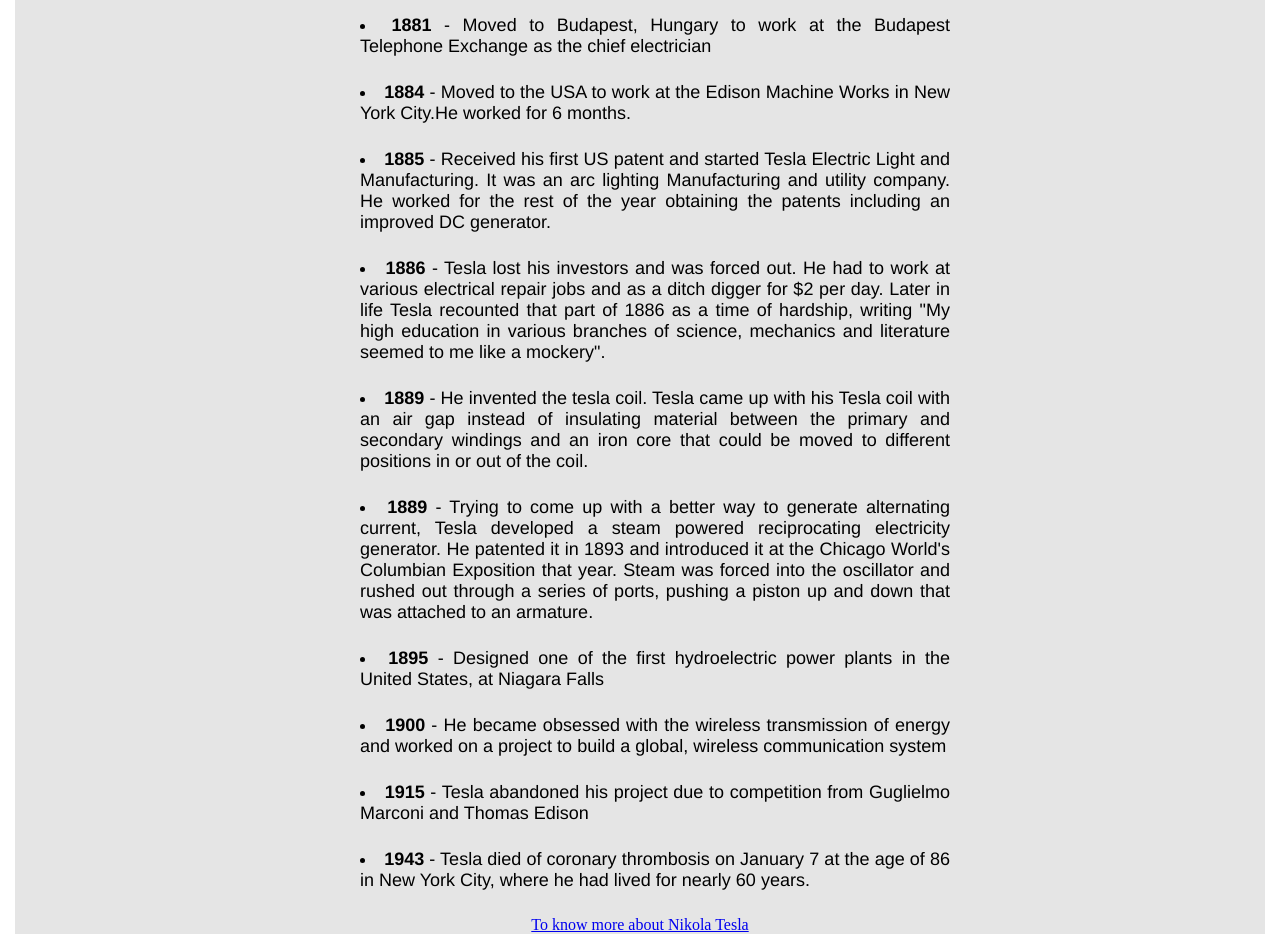
Repository: Avishka217/Tribute-Page
Page: index.html
An editor plug-in stored every save of this project. The page is shown before and after the next save, followed by the edit.
The browser window is 1280 px wide. The pictures show the part of the page from y = 778 to 1730 px (the page is 1712 px tall before and 1730 px after).
A picture or video elsewhere on the page could not be fetched, so the positions and the page height are approximate.

Above is the page before, as saved 2020-03-18 20:03:08.

### index.html
<!DOCTYPE html>
<html>

<head>
    <link rel="stylesheet" href="styles.css">
    <link href="https://fonts.googleapis.com/css?family=Libre+Baskerville&display=swap" rel="stylesheet">
    <title>Nikola Tesla | Tribute Page</title>
</head>

<body>
    <div id="header">
        <script src="https://cdn.freecodecamp.org/testable-projects-fcc/v1/bundle.js"></script>
    </div>
    <main id="main">
        <div id="title-content">
            <h1 id="title">NIKOLA TESLA</h1>
            <p>The Man who invented the Twentieth Century</p>
        </div>
        <div id="main-content">
            <figure id="img-div">
                <center><img id="image" src="https://www.hands-free.co.uk/wp-content/uploads/2018/06/nikola-tesla.jpg">
                </center>
                <figcaption id="img-caption">Nikola Tesla. Portrait of the inventor and engineer by Napoleon Sarony
                    c.1890.</figcaption>
            </figure>

        </div>
        <div id="tribute-info">
            <h2>Here's a time line of Nikola Tesla's life:</h2>

            <ul id="lists">
                <li><b>1856</b> - Nikola Tesla was born on the 10th of July in the former Austrian Empire(present
                    Croatia)</li>
                <li><b>1881</b> - Moved to Budapest, Hungary to work at the Budapest Telephone Exchange as the chief
                    electrician</li>
                <li><b>1884</b> - Moved to the USA to work at the Edison Machine Works in New York City.He worked for 6
                    months.
                </li>
                <li><b>1885</b> - Received his first US patent and started Tesla Electric Light and Manufacturing. It
                    was an arc lighting Manufacturing
                    and utility company. He worked for the rest of the year obtaining the patents including an improved
                    DC generator.</li>
                <li><b>1886</b> - Tesla lost his investors and was forced out. He had to work at various electrical
                    repair jobs and as a ditch digger for $2 per day. Later in life Tesla recounted that part of 1886 as
                    a time of hardship, writing "My high education in various branches of science, mechanics and
                    literature seemed to me like a mockery".</li>
                <li><b>1889</b> - He invented the tesla coil. Tesla came up with his Tesla coil with an air gap instead
                    of insulating material between the primary and secondary windings and an iron core that could be
                    moved to different positions in or out of the coil.</li>
                <li><b>1889</b> - Trying to come up with a better way to generate alternating current, Tesla developed a
                    steam
                    powered reciprocating electricity generator. He patented it in 1893 and introduced it at the Chicago
                    World's
                    Columbian Exposition that year. Steam was forced into the oscillator and rushed out through a series
                    of ports,
                    pushing a piston up and down that was attached to an armature.</li>
                <li><b>1895</b> - Designed one of the first hydroelectric power plants in the United States, at Niagara
                    Falls</li>
                <li><b>1900</b> - He became obsessed with the wireless transmission of energy and worked on a project to
                    build a global, wireless communication system</li>
                <li><b>1915</b> - Tesla abandoned his project due to competition from Guglielmo Marconi and Thomas
                    Edison</li>
                <li><b>1943</b> - Tesla died of coronary thrombosis on January 7 at the age of 86 in New York City,
                    where he had lived for nearly 60 years. </li>
            </ul>
            <a id="tribute-link" target="_blank" href="https://en.wikipedia.org/wiki/Nikola_Tesla">To know more about
                Nikola Tesla</a>
        </div>
    </main>

</body>

</html>

### styles.css
body{
  overflow-x: hidden;
  margin: 0 auto;
  width: 100%;
}
#header{
width: 100%;
  background-color:hsl(240, 80%, 8%);
  height: 60px;


}

#main{
  display: block;

  position: absolute;
  right: 0;
  left: 0;
  margin: 0px 15px;
  padding-top: 10px;
  background-color: rgb(0, 0, 0, 0.1);
  text-align: center;

}

#title-content{
  padding-top:  25px;
  text-align: center;
}
#title-content p{
  font-family: Helvetica, sans-serif
}
#main-content{
  padding-top: 30px;
  margin: 25px;
  background-color:white;
}

#title{
  position: relative;
  font-family:'Libre Baskerville', serif;
  font-size: 30px;
  text-align: center;
  margin-top: 15px;;

}


#image{
  display: block;
  max-width: 100%;
  height: auto;
  margin-bottom: 25px;

}
@media(min-width: 525px){
  #image{
    width:400px;
  }
}

#img-caption{
  text-align: center;
  font-style: italic;
}



#tribute-info{

  display: block;
  width: 100%;
  position: relative;
  text-align: center;
  list-style-position: inside;



}
#tribute-info h2{
  padding-top: 30px;
}
#tribute-info ul{

  font-family: Helvetica;
  font-size: 18px;
  display: block;
  padding-top: 25px;
  padding-right: 10px;;
  width:590px;
  margin: auto;
  text-align: justify;

}
@media(max-width: 800px){
  #tribute-info  ul{
    width:auto;
  }
}
#tribute-info  li{


  margin-bottom: 25px;
}

After the next save:
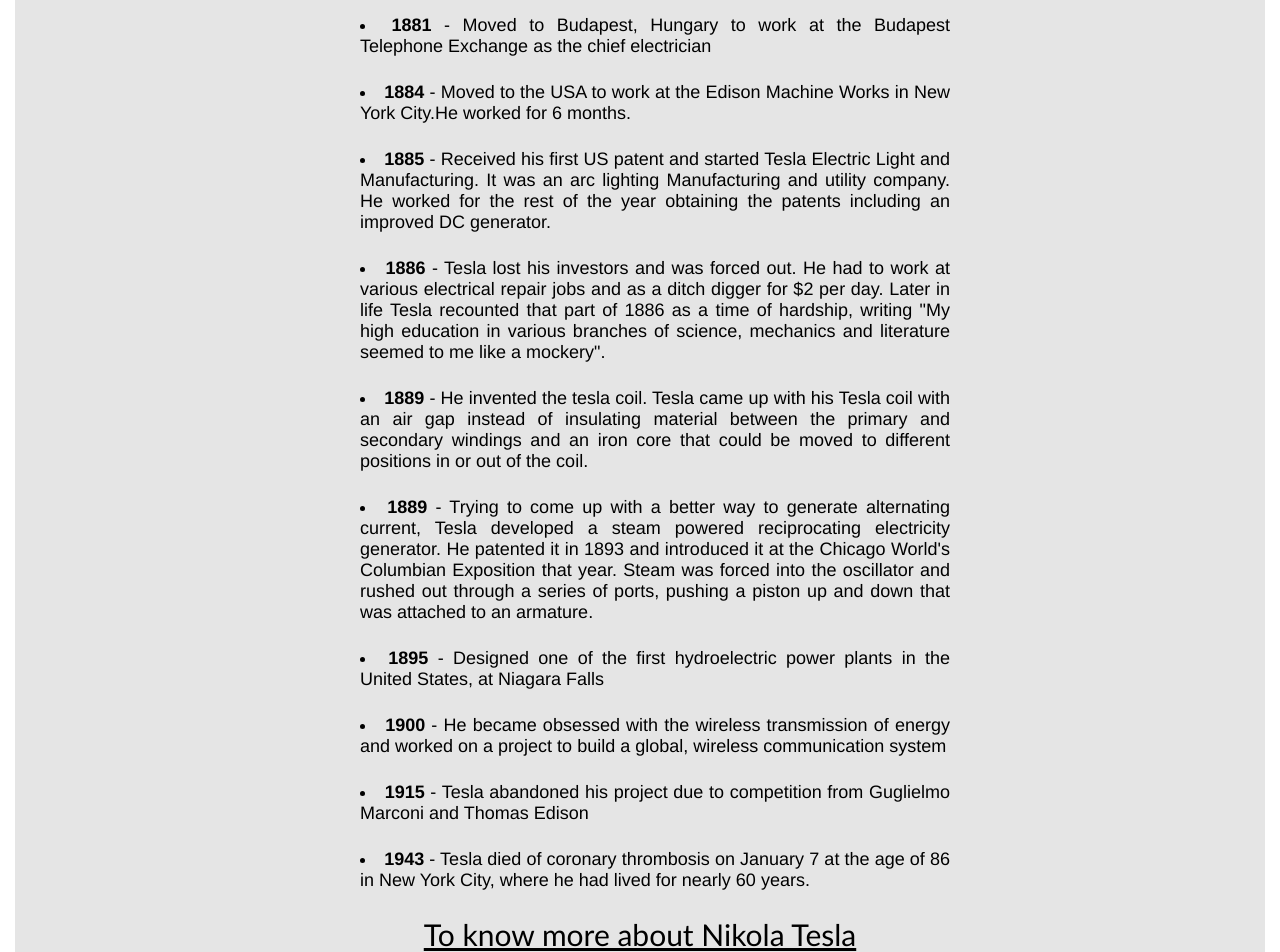
Saved 57 s later.
--- a/styles.css
+++ b/styles.css
@@ -103,3 +103,9 @@
 
   margin-bottom: 25px;
 }
+
+#tribute-link{
+  color: black;
+  font-size: 30px;
+  font-family: Calibri;
+}
